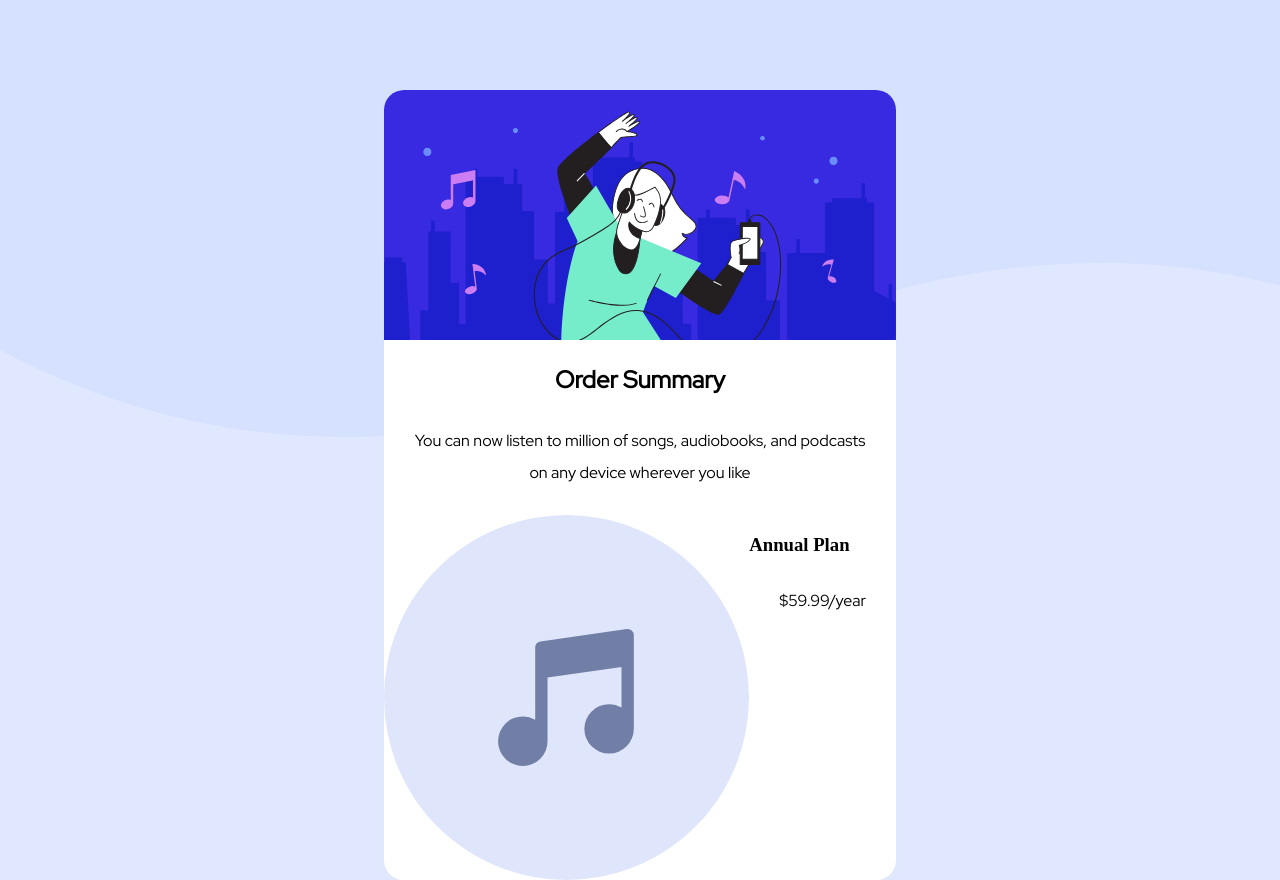
Repository: karanjain71/css-practice
Page: order-summary-component-main/index.html
An editor plug-in stored every save of this project. The page is shown before and after the next save, followed by the edit.
The browser window is 1280 px wide. The pictures show the whole page.

Above is the page before, as saved 2022-01-29 20:27:01.
Not found: order-summary-component-main/techhomie.com

### order-summary-component-main/index.html
<!DOCTYPE html>
<html lang="en">
<head>
  <meta charset="UTF-8">
  <meta name="viewport" content="width=device-width, initial-scale=1.0"> <!-- displays site properly based on user's device -->

  <link rel="icon" type="image/png" sizes="32x32" href="./images/favicon-32x32.png">

  <link rel="stylesheet" href="style.css">
  <link href='https://fonts.googleapis.com/css?family=Red Hat Display' rel='stylesheet'>
  <title>Frontend Mentor | Order summary card</title>


  </style>
</head>
<body>
    <div class="card">
      <img src="images/illustration-hero.svg" alt="">
      <h2>Order Summary</h2>
      <p>You can now listen to million of songs, audiobooks, and podcasts
        on any device wherever you like
      </p>
      <div class="card-plan">
        <img src="images/icon-music.svg" alt="">
        <div class="annual-plan">
          <h3>Annual Plan</h3>
          <p>$59.99/year</p>
        </div>
        <link rel="stylesheet" href="techhomie.com">

      </div>
    </div>


</body>
</html>

### order-summary-component-main/style.css
body{
    padding: 0%;
    margin: 0%;
    background-color: hsl(225, 100%, 94%);
    background-image: url(images/pattern-background-desktop.svg);
    background-repeat: no-repeat;
    object-fit: contain;

}
.card{
    background-color: white;
    border-radius: 20px;
    width: 40%;
    margin: auto;
    margin-top: 90px;
}
h2{
    text-align: center;
    font-family: "Red Hat Display";
    font-weight: bolder;
}
p{
    text-align: center;
    font-family: "Red Hat Display";
    font-weight: 500;
    padding: 10px 30px;
    line-height: 2em;
}
img{
    width: 100%;
    object-fit: contain;
    border-radius: 20px 20px 0 0;
}

.card-plan{
    display: flex;
}

After the next save:
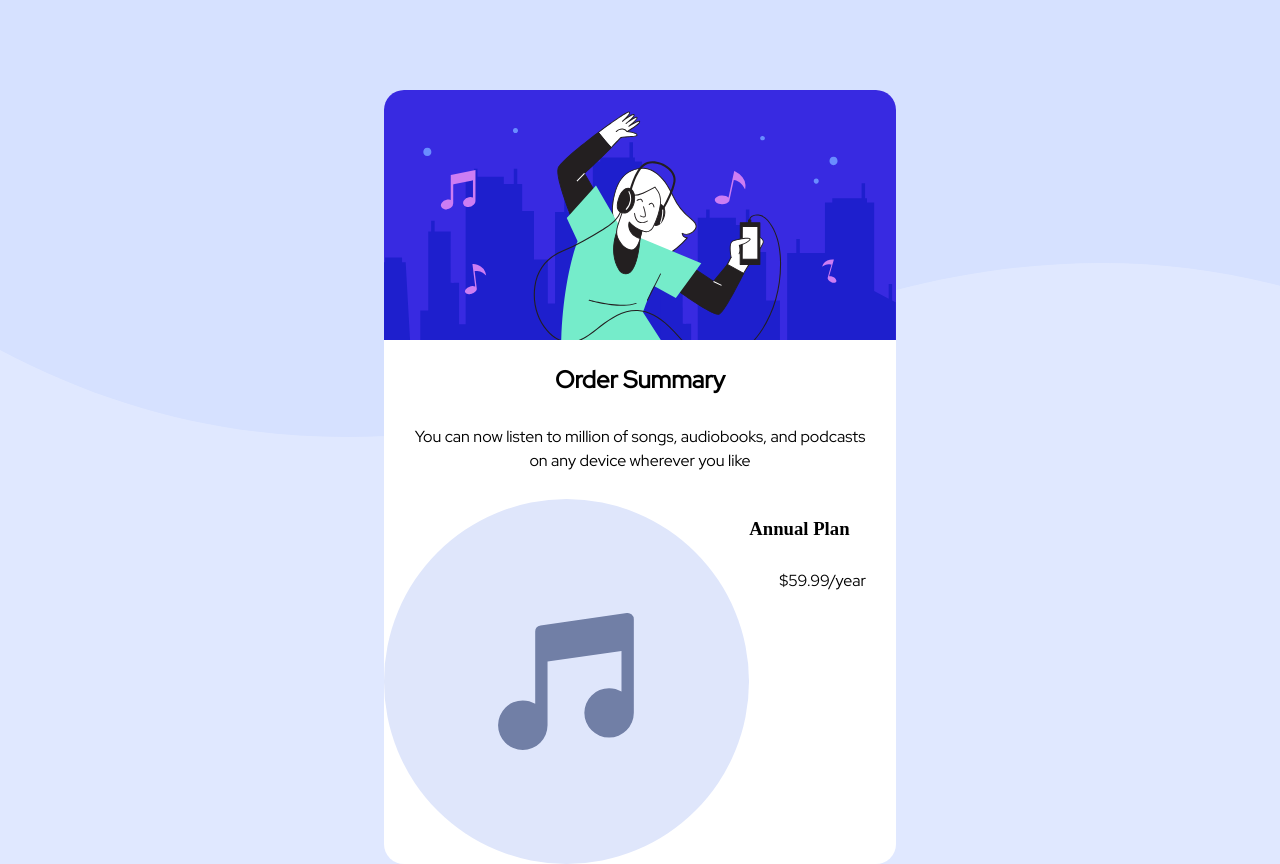
Saved 7 s later.
--- a/order-summary-component-main/style.css
+++ b/order-summary-component-main/style.css
@@ -24,7 +24,7 @@
     font-family: "Red Hat Display";
     font-weight: 500;
     padding: 10px 30px;
-    line-height: 2em;
+    line-height: 1.5em;
 }
 img{
     width: 100%;
